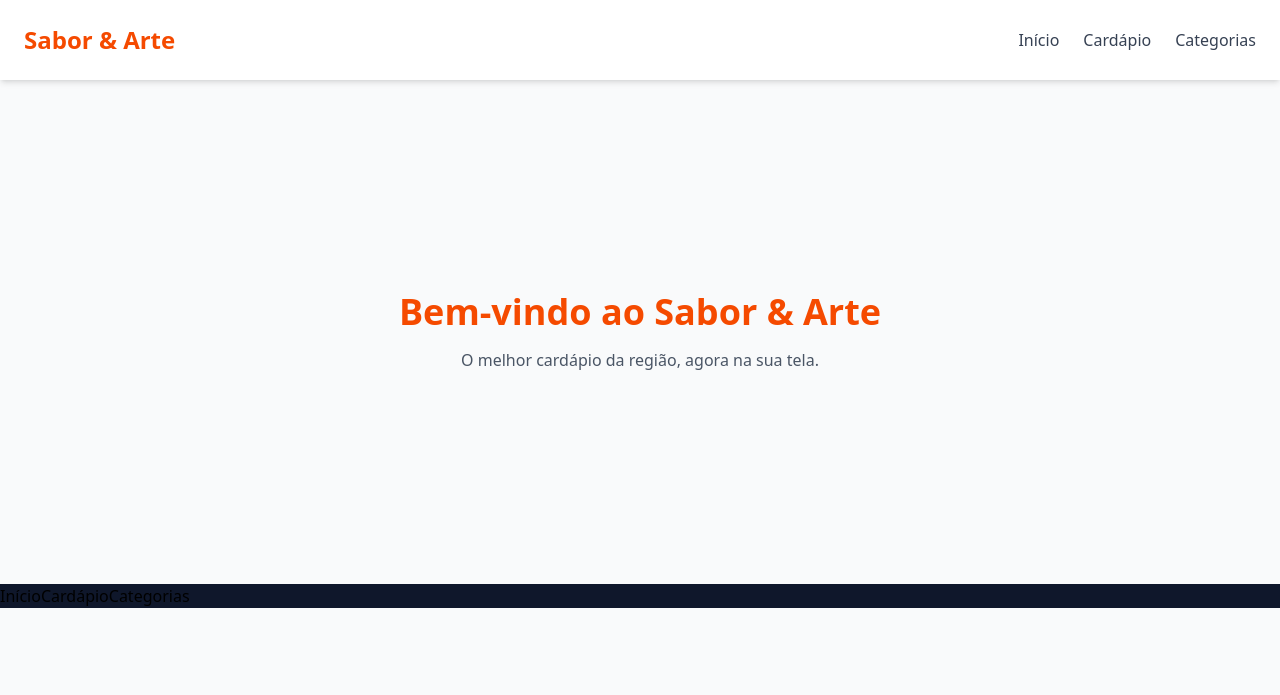
Repository: LuigiBLombardo/Next---Atividade
Page: / (app in sistema-cardapio/)
The author's editor kept a copy of each file at every save. The page is drawn from the files as they stood at one save, then again after a run of saves.
The browser window is 1280 px wide. The pictures show the whole page.
The project was rebuilt for these pictures with package versions that can differ from the ones it lists, and the page was loaded fresh each time. The framework's server and built-in components were replaced by stand-ins that run in the browser. Also part of the build but not shown: sistema-cardapio/next.config.mjs.

Above is the page before, as saved 2026-09-04 19:20:02.

After the next 4 saves:
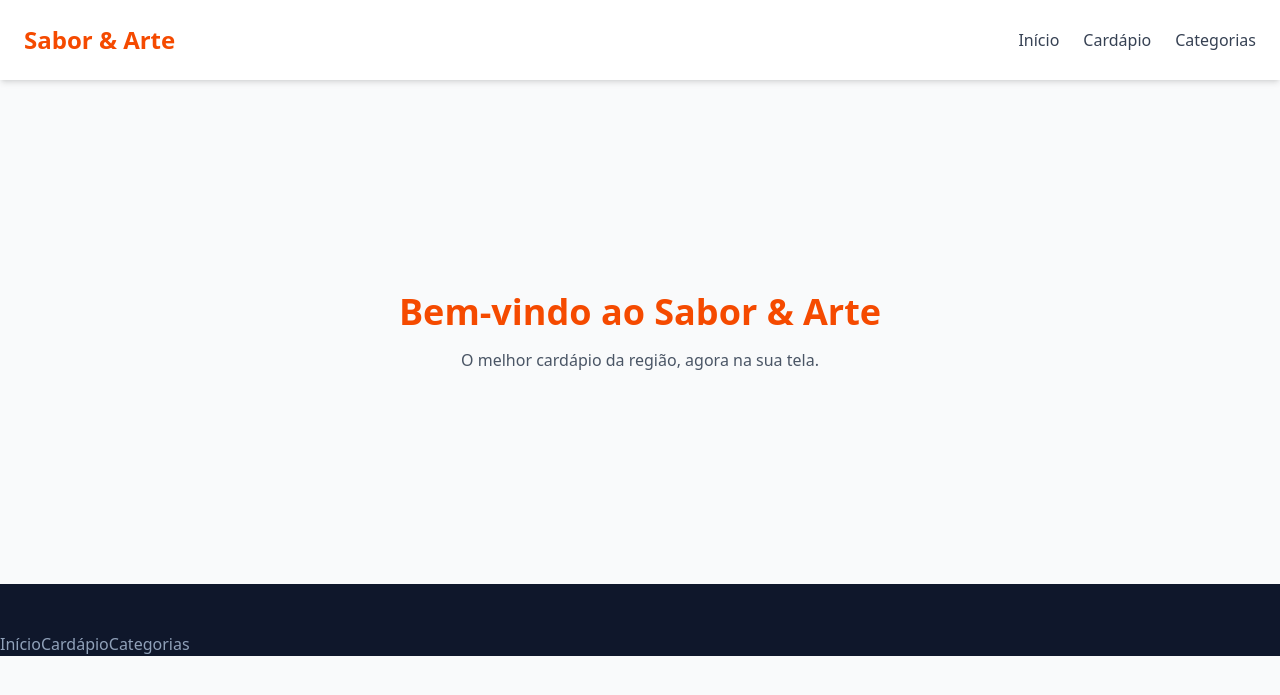
The 4 saves are shown as one change because they came seconds apart.
The last was saved 11 s later.
--- a/sistema-cardapio/src/components/Footer.js
+++ b/sistema-cardapio/src/components/Footer.js
@@ -2,7 +2,7 @@ import Link from "next/link";
 
 export default function Footer(){
     return (
-        <footer className="w-full bg-slate-900 text">
+        <footer className="w-full bg-slate-900 text-slate-400 pt-12">
 
             <div className="">
 
